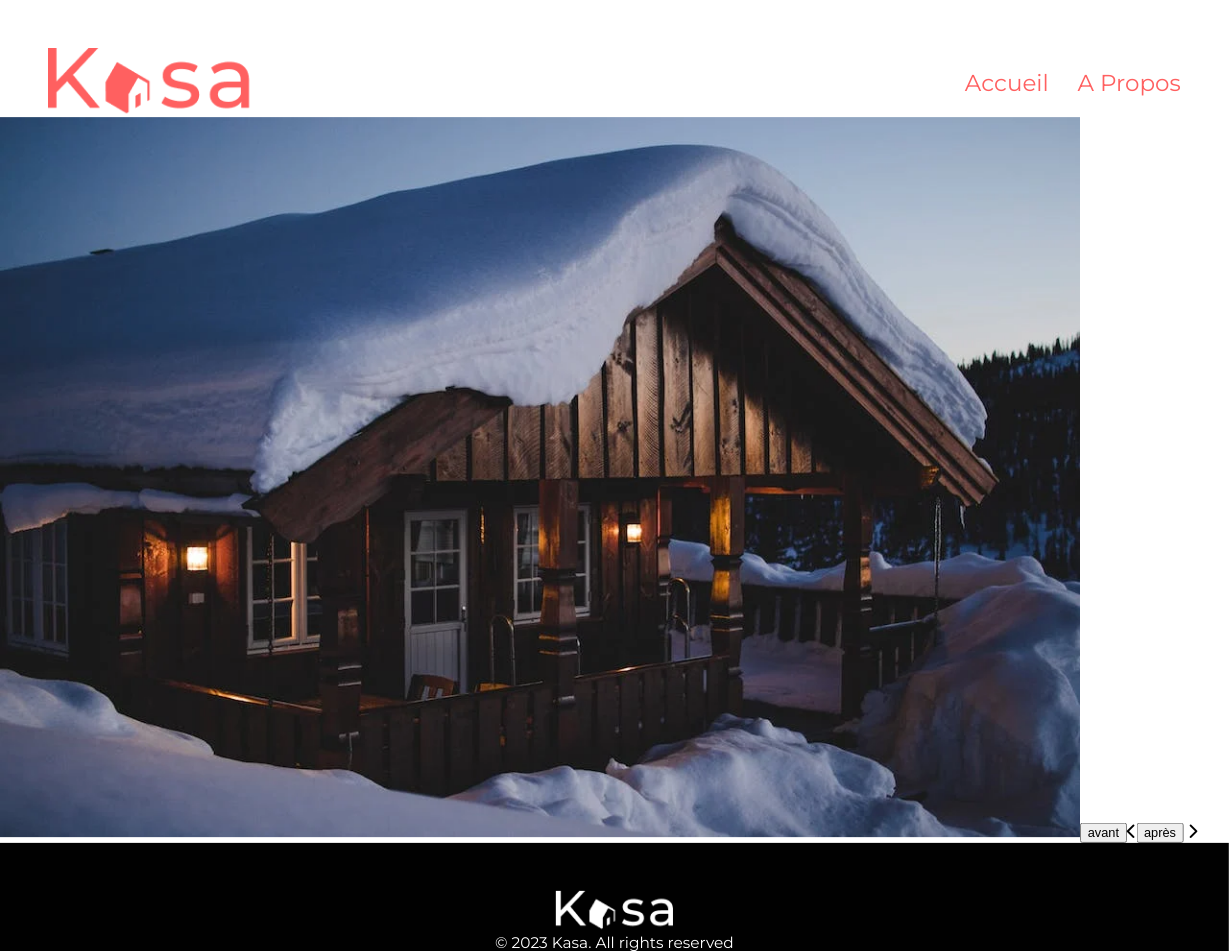
Repository: Ascaris29/Kasa_oc
Page: /essai (app in kasa_project/)
These files come from the project's save history. The page is drawn as it stood at one moment and after the next save; the edit follows.
The browser window is 1280 px wide. The pictures show the whole page, at 96% of full size.
Some web libraries are served in a nearby version. The project was rebuilt for these pictures with package versions that can differ from the ones it lists, and the page was loaded fresh each time. Also part of the build but not shown: kasa_project/src/pages/homepage/Homepage.module.scss, kasa_project/src/pages/homepage/components/CardLogement.module.scss, kasa_project/src/pages/homepage/components/CardLogement.js, kasa_project/src/pages/homepage/Homepage.js, kasa_project/src/pages/404/404.module.scss, kasa_project/src/pages/404/404.js, kasa_project/src/pages/a_propos/APropos.module.scss, kasa_project/src/pages/a_propos/components/CardDescription.module.scss and 6 more.

Above is the page before, as saved 2023-03-16 01:45:40.

### kasa_project/public/index.html
<!DOCTYPE html>
<html lang="fr">
  <head>
    <meta charset="utf-8" />
    <link rel="icon" href="%PUBLIC_URL%/favicon.ico" />
    <meta name="viewport" content="width=device-width, initial-scale=1" />
    <meta name="theme-color" content="#000000" />
    <meta
      name="description"
      content="Web site created using create-react-app"
    />
    <link rel="apple-touch-icon" href="%PUBLIC_URL%/logo192.png" />
    <!--
      manifest.json provides metadata used when your web app is installed on a
      user's mobile device or desktop. See https://developers.google.com/web/fundamentals/web-app-manifest/
    -->

    <!----------------------------------------------------------- Fonts ----------------------------------------------------------------------->
    <link rel="preconnect" href="https://fonts.googleapis.com">
    <link rel="preconnect" href="https://fonts.gstatic.com" crossorigin>
    <link href="https://fonts.googleapis.com/css2?family=Montserrat:wght@400;500;600&family=Roboto&display=swap" rel="stylesheet">
    <!----------------------------------------------------------- Icons ----------------------------------------------------------------------->
    <script src="https://kit.fontawesome.com/e65359aae8.js" crossorigin="anonymous"></script>
    <!--
      Notice the use of %PUBLIC_URL% in the tags above.
      It will be replaced with the URL of the `public` folder during the build.
      Only files inside the `public` folder can be referenced from the HTML.

      Unlike "/favicon.ico" or "favicon.ico", "%PUBLIC_URL%/favicon.ico" will
      work correctly both with client-side routing and a non-root public URL.
      Learn how to configure a non-root public URL by running `npm run build`.
    -->
    <title>Kasa</title>
  </head>
  <body>
    <noscript>You need to enable JavaScript to run this app.</noscript>
    <div id="root"></div>
    <!--
      This HTML file is a template.
      If you open it directly in the browser, you will see an empty page.

      You can add webfonts, meta tags, or analytics to this file.
      The build step will place the bundled scripts into the <body> tag.

      To begin the development, run `npm start` or `yarn start`.
      To create a production bundle, use `npm run build` or `yarn build`.
    -->
  </body>
</html>

### kasa_project/src/index.js
import React from 'react';
import ReactDOM from 'react-dom/client';
import App from './App';
import reportWebVitals from './reportWebVitals';
import './assets/styles/index.scss';
import { RouterProvider } from 'react-router-dom';
import { router } from "./router";

const root = ReactDOM.createRoot(document.getElementById('root'));
root.render(
  <React.StrictMode>
    <RouterProvider router={router} />
  </React.StrictMode>
);

// If you want to start measuring performance in your app, pass a function
// to log results (for example: reportWebVitals(console.log))
// or send to an analytics endpoint. Learn more: https://bit.ly/CRA-vitals
reportWebVitals();

### kasa_project/src/App.js
import Header from "./components/header/Header";
import Footer from "./components/footer/Footer";
import style from "./App.module.scss";
import Homepage from "./pages/homepage/Homepage";
import { Outlet } from "react-router-dom";

function App() {
  return (
      <div className={`${style.app} d-flex flex-column`}>
        <Header />
          <Outlet />
        <Footer />
      </div>
  );
}

export default App;

### kasa_project/src/assets/styles/index.scss
@use './base';
@use './flex';
@use './mixins';
@use './utils';
@use './variables';

### kasa_project/src/router.js
import { createBrowserRouter } from 'react-router-dom';
import App from './App';
import Error404 from './pages/404/404';
import APropos from './pages/a_propos/APropos';
import Homepage from './pages/homepage/Homepage';
import Caroussel from './pages/logement/components/caroussel/Caroussel';
import FicheLogement from './pages/logement/FicheLogement';


export const router = createBrowserRouter([
    {
        path : "/",
        element : <App />,
        errorElement: <Error404 />,
        children : [
            {
                path : "/",
                element : <Homepage />
            } ,
            {
                path : "/homepage",
                element : <Homepage />
            },
            {
                path: "/apropos",
                element : <APropos />
            },
            {
                path: "/logement/:id",
                element : <FicheLogement />
            },
            {
                path: "/essai",
                element: <Caroussel />
            }
        ],
    }
])

### kasa_project/src/components/header/Header.js
import image from "../../assets/images/logo_header.png";
import style from "./Header.module.scss";
import { Link, NavLink } from "react-router-dom";

export default function Header(){
    return (
        <header className={`${style.header} d-flex justify-between align-center`}>
            <Link className={`${style.headerIcon}`} to="/homepage">
                <img src={image} alt="logo du site Kasa representant une maison"/>
            </Link>
            <div className={`${style.headerNav}`}>
                <ul className="d-flex">
                    <NavLink
                    className={`${style.headerItems} m-r-30`}
                    to="/homepage"
                    end
                    >
                    Accueil
                    </NavLink>
                    <NavLink
                    className={`${style.headerItems}`}
                    to="/apropos"
                    >
                    A Propos
                    </NavLink>
                </ul>
            </div>
        </header>
    )
}

### kasa_project/src/components/footer/Footer.js
import style from "./Footer.module.scss";
import image from "../../assets/images/logo_footer.png";

export default function Footer(){
    return (
        <footer className={`${style.footer} d-flex p-t-50 flex-column justify-center align-center`}>
            <div className={`${style.footerLogo} `}>
                <img src={image} alt="" />
            </div>
            <div className="footerText">
                <p>© 2023 Kasa. All rights reserved</p>
            </div>
        </footer>
    )
}

### kasa_project/src/App.module.scss
.app{
    min-height:100vh;
}

### kasa_project/src/assets/styles/_base.scss

*{
    box-sizing: border-box;
}

body{
    margin:0;
    padding:0;
    font-family: var(--montserrat);

}

p{
    margin:0;
}

li{
    list-style-type: none;

}

.link{
    color:var(--primary);
    font-size:18px;
}

.active{
    text-decoration:underline;
}

### kasa_project/src/assets/styles/_flex.scss
.d-flex{
    display: flex;
}

.flex-column{
    flex-direction : column;
}

.flex-row{
    flex-direction: row;
}

.justify-center{
    justify-content: center;
}

.align-center{
    align-items: center;
}

.flex-fill{
    flex : 1 1 auto;
}

.justify-between{
    justify-content: space-between;
}

### kasa_project/src/assets/styles/_mixins.scss
@mixin xs{
    @media (max-width:576px){
        @content;
    }
}

@mixin sm{
    @media (min-width : 577px) and (max-width : 768px){
        @content;
    }
}

@mixin sm-lt{
    @media (max-width : 768px){
        @content;
    }
}

@mixin md{
    @media (min-width : 769px) and (max-width : 992px){
        @content;
    }
}

@mixin md-lt{
    @media (max-width : 992px){
        @content;
    }
}

@mixin lg{
    @media (min-width : 993px) and (max-width : 1200px){
        @content;
    }
}

@mixin lg-lt{
    @media (max-width : 1200px){
        @content;
    }
}

@mixin xl{
    @media (min-width : 1201px){
        @content;
    }
}

### kasa_project/src/assets/styles/_utils.scss
/*------------------------------------ General ------------------------------*/
.container{
    max-width:1200px;
    margin: auto;
    width:100%;
}
.card{

}
.calc{
    position:fixed;
    top:0;
    left:0;
    width:100%;
    height:100vh;
}

/*------------------------------------ Padding ------------------------------*/
.p-5{
    padding: 5px;
}
.p-10{
    padding:10px;
}
.p-20{
   padding:20px;
}
.p-30{
    padding:30px;
}
.p-40{
    padding:40px;
}
.p-50{
    padding:50px;
}

.p-b-5{
   padding-bottom: 5px;
}
.p-b-10{
   padding-bottom: 10px;
}
.p-b-20{
    padding-bottom: 20px;
}
.p-b-30{
    padding-bottom: 30px;
}
.p-b-40{
    padding-bottom: 40px;
}
.p-b-50{
    padding-bottom: 50px;
}


.p-t-5{
    padding-top: 5px;
}
.p-t-10{
    padding-top: 10px;
}
.p-t-20{
     padding-top: 20px;
}
.p-t-30{
     padding-top: 30px;
}
.p-t-40{
    padding-top: 40px;
}
.p-t-50{
    padding-top: 50px;
}


.p-l-5{
    padding-left: 5px;
}
.p-l-10{
    padding-left: 10px;
}
.p-l-20{
     padding-left: 20px;
}
.p-l-30{
     padding-left: 30px;
}
.p-l-40{
    padding-left: 40px;
}
.p-l-50{
    padding-left: 50px;
}



.p-r-5{
    padding-right: 5px;
}
.p-r-10{
    padding-right: 10px;
}
.p-r-20{
     padding-right: 20px;
}
.p-r-30{
     padding-right: 30px;
}
.p-r-40{
    padding-right: 40px;
}
.p-r-50{
    padding-right: 50px;
}


/*------------------------------------------------ Margin -------------------------------------------*/

.m-auto{
    margin:auto;
}
.m-5{
    margin: 5px;
}
.m-10{
    margin:10px;
}
.m-20{
   margin:20px;
}
.m-30{
    margin:30px;
}
.m-40{
    margin:40px;
}
.m-50{
    margin:50px;
}



.m-b-5{
    margin-bottom: 5px;
}
.m-b-10{
    margin-bottom: 10px;
}
.m-b-20{
    margin-bottom: 20px;
}
.m-b-30{
    margin-bottom: 30px;
}
.m-b-40{
    margin-bottom: 40px;
}
.m-b-50{
    margin-bottom: 50px;
}



.m-t-5{
    margin-top: 5px;
}
.m-t-10{
    margin-top: 10px;
}
.m-t-20{
     margin-top: 20px;
}
.m-t-30{
     margin-top: 30px;
}
.m-t-40{
    margin-top: 40px;
}
.m-t-50{
    margin-top: 50px;
}




.m-l-5{
    margin-left: 5px;
}
.m-l-10{
    margin-left: 10px;
}
.m-l-20{
     margin-left: 20px;
}
.m-l-30{
     margin-left: 30px;
}
.m-l-40{
    margin-left: 40px;
}
.m-l-50{
    margin-left: 50px;
}




.m-r-5{
    margin-right: 5px;
}
.m-r-10{
    margin-right: 10px;
}
.m-r-20{
     margin-right: 20px;
}
.m-r-30{
     margin-right: 30px;
}
.m-r-40{
    margin-right: 40px;
}
.m-r-50{
    margin-right: 50px;
}

### kasa_project/src/assets/styles/_variables.scss

/*----------------------------------------------------------------------------Color-----------------------------------------------------------------*/

:root{
    --primary: #FF6060;
    --grey1:#F6F6F6;
    --grey2: #E3E3E3;
    --grey3:#C4C4C4;
    --black: #010101;
    /*----------------------------------------------------------------------------Font-----------------------------------------------------------------*/
    --montserrat : 'Montserrat', sans-serif;
    --radius:25px;
}

### kasa_project/src/pages/logement/components/caroussel/Caroussel.js
import { useState } from "react";
import img1 from "../../../../assets/images/pexels-photo-950058.webp";
import img2 from "../../../../assets/images/pexels-photo-1013427.jpeg";
import img3 from "../../../../assets/images/pexels-photo-1612351.jpeg";

export default function Caroussel(){

    //importer les images de l'api
    const arrayImage = [
        img1,
        img2,
        img3
    ];

    const [index, setIndex] = useState(0);

    //console.log(arrayImage);
    function handleClickCarousselPrev(){
        if(index > 0 && index < arrayImage.length){
            let i = index - 1;
            setIndex(i);
        }else{
            setIndex(arrayImage.length -1);
        }
    }

    function handleClickCarousselAfter(){
        if(index < arrayImage.length){
            let i = index + 1;
            setIndex(i);
        };
    }

    //a voir avec julien
    if(index === arrayImage.length){
        setIndex(0)
    }

    return (
        <div>
            { arrayImage.map((item, i) =>
                i === index && ( <img src={item} alt="" /> )
            )}
            <button onClick={handleClickCarousselPrev}> avant </button><i class="fa-solid fa-chevron-left" onClick={handleClickCarousselPrev}></i>
            <button onClick={handleClickCarousselAfter}> après </button>  <i class="fa-solid fa-chevron-right" onClick={handleClickCarousselAfter}></i>
        </div>
    )



}

### kasa_project/src/components/header/Header.module.scss
@use "../../assets/styles/mixins" as mixin;

.header{
    max-width:1240px;
    margin:auto;
    width:100%;
    padding:50px 30px 0 30px;
    .headerIcon{
        img{
            width:210px;
            height:68px;
            @include mixin.sm-lt{
                width:145px;
                height:47px;
            }
            @include mixin.xs{
                width:99px;
                height:35px;
            }
        }
    }

}
/*sorti de la classe header car sinon je ne peux pas mettre de classe active dessus*/
.headerItems{
    color:var(--primary);
    text-decoration:none;
    cursor:pointer;
    font-size:24px;
    @include mixin.sm-lt{
        font-size:20px;
    }
    @include mixin.xs{
        font-size:15px;
    }
}

### kasa_project/src/components/footer/Footer.module.scss
.footer{
    background-color:var(--black);
    color:white;
    .footerLogo{
        img{
            width:122px;
            height:40px;
        }
    }
}

Loaded but not shown: kasa_project/src/reportWebVitals.js (common file)

After the next save:
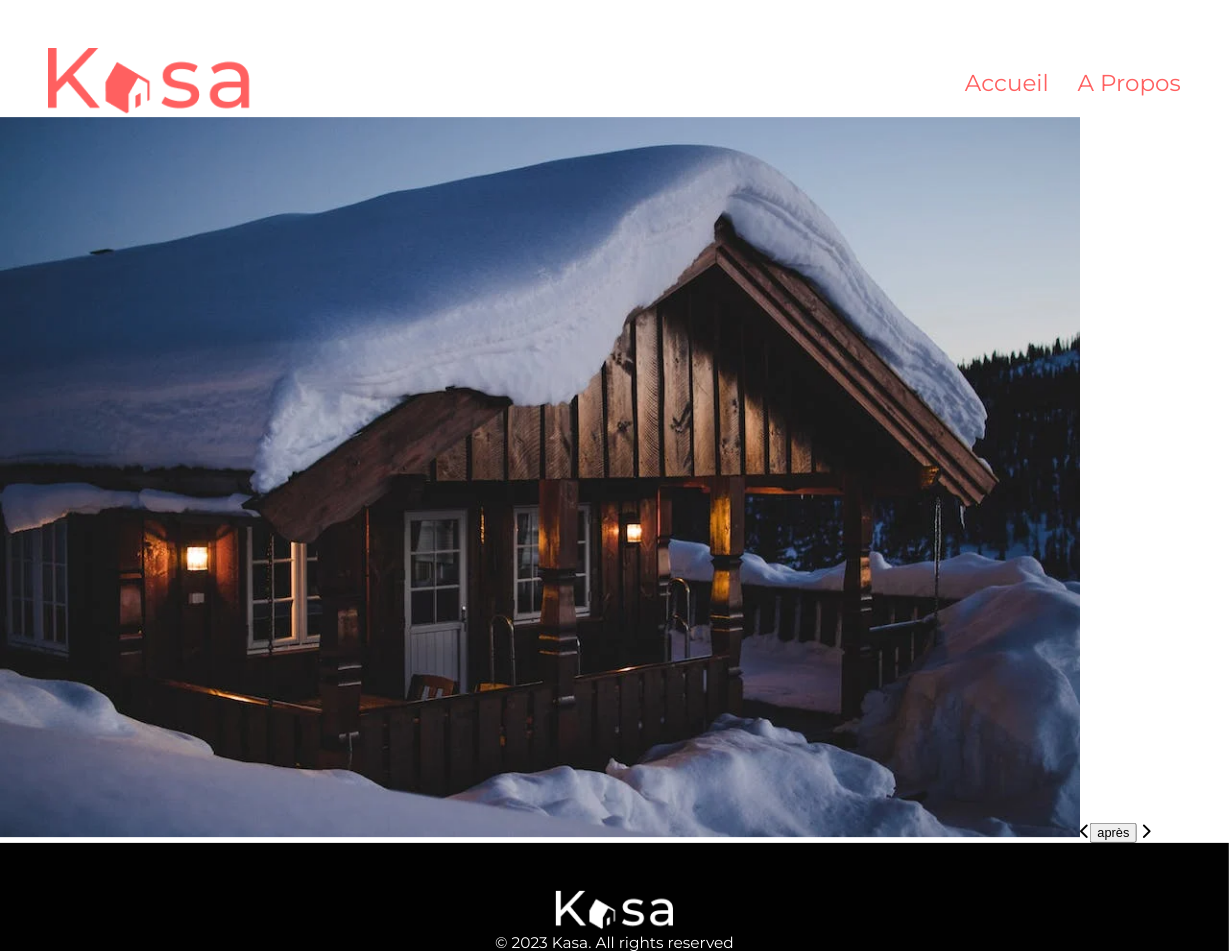
Saved 4 s later.
--- a/kasa_project/src/pages/logement/components/caroussel/Caroussel.js
+++ b/kasa_project/src/pages/logement/components/caroussel/Caroussel.js
@@ -41,7 +41,7 @@ export default function Caroussel(){
             { arrayImage.map((item, i) =>
                 i === index && ( <img src={item} alt="" /> )
             )}
-            <button onClick={handleClickCarousselPrev}> avant </button><i class="fa-solid fa-chevron-left" onClick={handleClickCarousselPrev}></i>
+            <i class="fa-solid fa-chevron-left" onClick={handleClickCarousselPrev}></i>
             <button onClick={handleClickCarousselAfter}> après </button>  <i class="fa-solid fa-chevron-right" onClick={handleClickCarousselAfter}></i>
         </div>
     )
